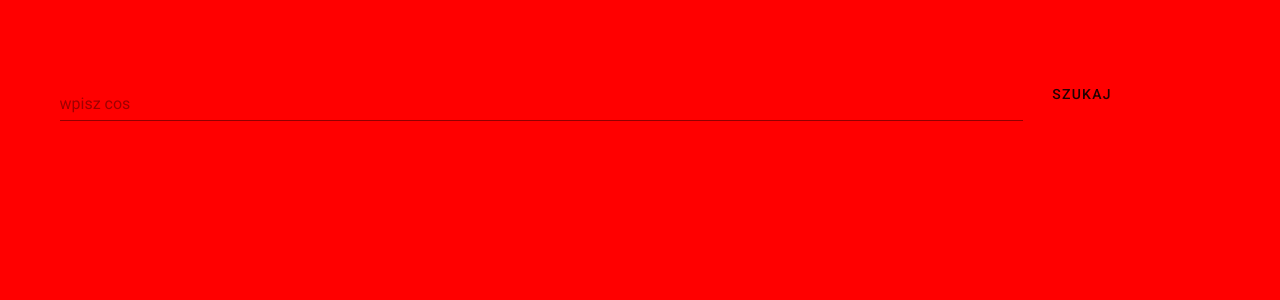
Repository: kq333/wyszukiwarka-filmow-seriali
Page: / (app in searchapp/)
The author's editor kept a copy of each file at every save. The page is drawn from the files as they stood at one save, then again after the next save.
The browser window is 1280 px wide. The pictures show the whole page.
The project was rebuilt for these pictures with package versions that can differ from the ones it lists, and the page was loaded fresh each time. Also part of the build but not shown: searchapp/vue.config.js, searchapp/src/views/Home.vue.

Above is the page before, as saved 2021-02-18 01:26:31.

After the next save:
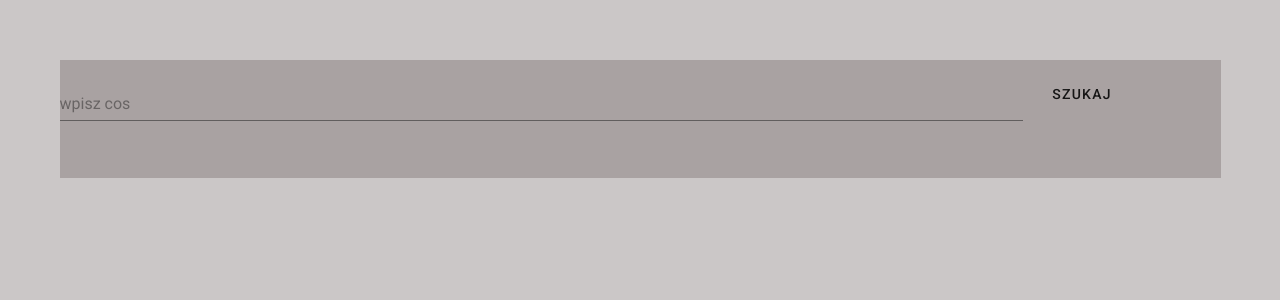
Saved 19 s later.
--- a/searchapp/src/App.vue
+++ b/searchapp/src/App.vue
@@ -27,7 +27,7 @@ export default {
 <style>
 
 #demo{
-  background-color:red;
+  background-color:rgba(102, 91, 91, 0.342);
 }
 
 </style>
